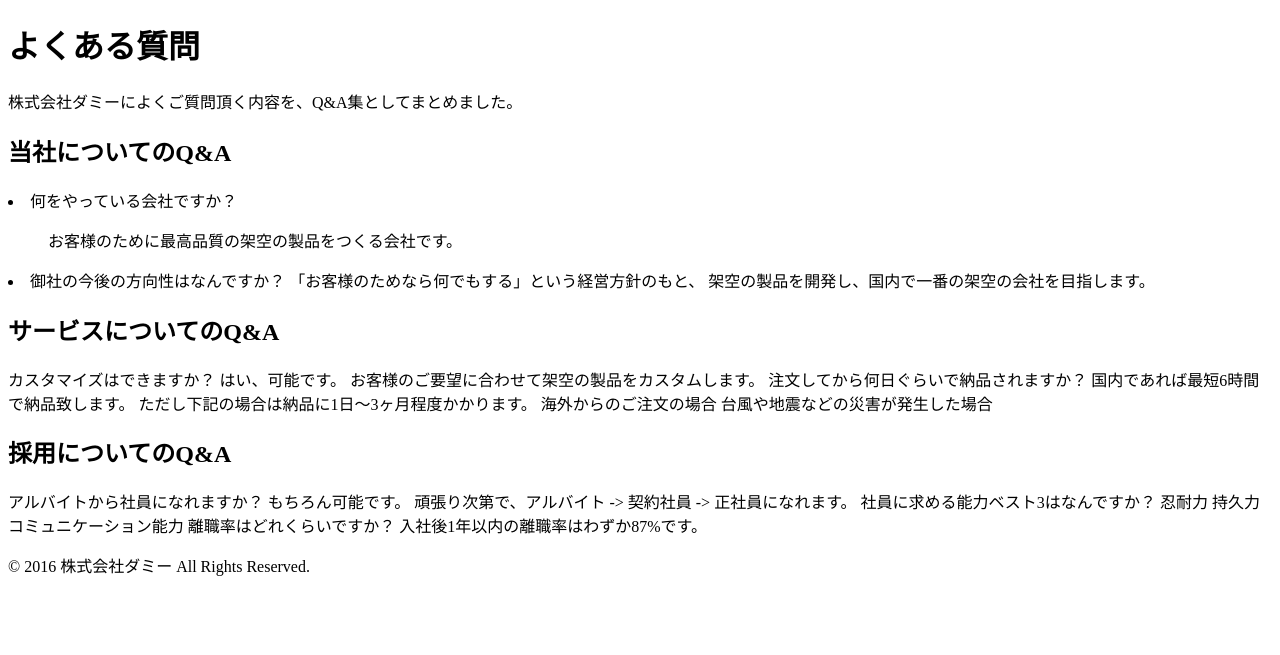
Repository: winc1980/practice-hp2022-wednesday
Page: ruka/practice1.html
The author's editor kept a copy of each file at every save. The page is drawn from the files as they stood at one save, then again after a run of saves.
The browser window is 1280 px wide. The pictures show the whole page.

Above is the page before, as saved 2022-05-25 23:59:04.

### ruka/practice1.html
<!DOCTYPE html>
<html lang="ja">
<head>
    <meta charset="UTF-8">
    <meta http-equiv="X-UA-Compatible" content="IE=edge">
    <meta name="viewport" content="width=device-width, initial-scale=1.0">
    <title>よくある質問 | 架空の株式会社ダミー</title>
</head>
<body>
    <h1>よくある質問</h1>

<p>
株式会社ダミーによくご質問頂く内容を、Q&A集としてまとめました。
</p>

<h2>当社についてのQ&A</h2>

<li>
何をやっている会社ですか？
<ul>
お客様のために最高品質の架空の製品をつくる会社です。
</ul>
</li>
<li>
御社の今後の方向性はなんですか？
「お客様のためなら何でもする」という経営方針のもと、
架空の製品を開発し、国内で一番の架空の会社を目指します。
</li>

<h2>
サービスについてのQ&A
</h2>
カスタマイズはできますか？
はい、可能です。
お客様のご要望に合わせて架空の製品をカスタムします。
注文してから何日ぐらいで納品されますか？
国内であれば最短6時間で納品致します。
ただし下記の場合は納品に1日〜3ヶ月程度かかります。
海外からのご注文の場合
台風や地震などの災害が発生した場合
<h2>
採用についてのQ&A
</h2>
アルバイトから社員になれますか？
もちろん可能です。
頑張り次第で、アルバイト -> 契約社員 -> 正社員になれます。
社員に求める能力ベスト3はなんですか？
忍耐力
持久力
コミュニケーション能力

離職率はどれくらいですか？
入社後1年以内の離職率はわずか87%です。
<p>
© 2016 株式会社ダミー All Rights Reserved.
</p>
</body>
</html>

After the next 5 saves:
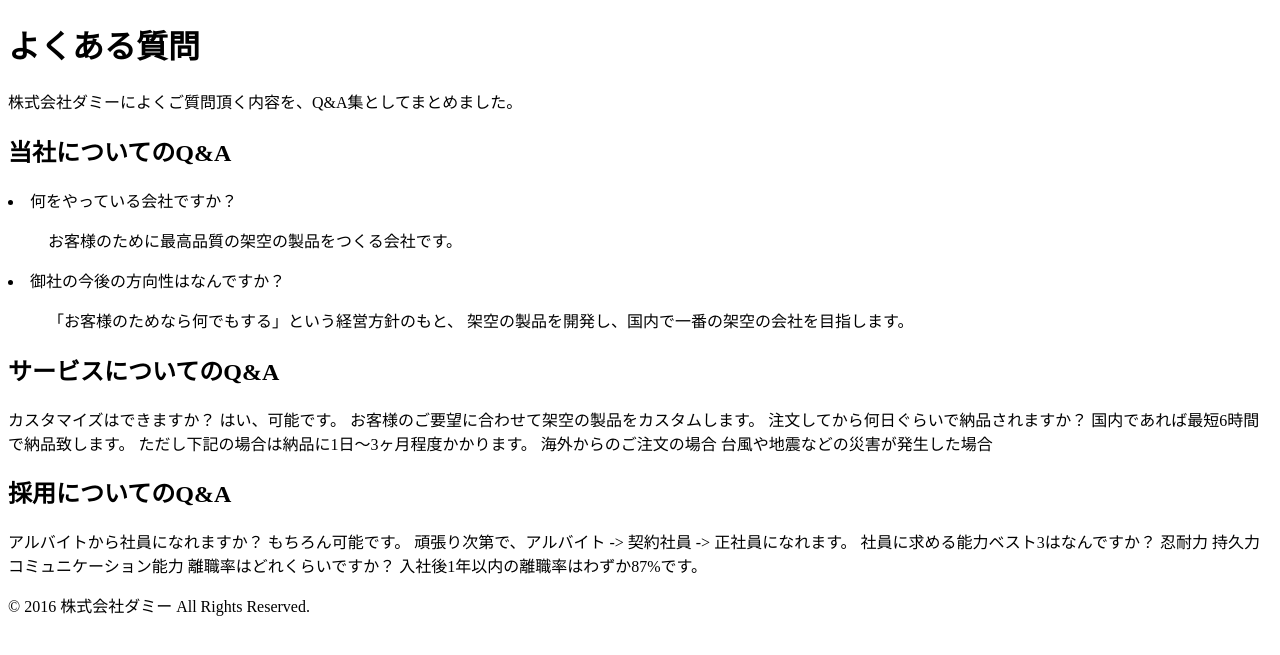
The 5 saves are shown as one change because they came seconds apart.
The last was saved 16 s later.
--- a/ruka/practice1.html
+++ b/ruka/practice1.html
@@ -23,8 +23,10 @@
 </li>
 <li>
 御社の今後の方向性はなんですか？
+<ul>
 「お客様のためなら何でもする」という経営方針のもと、
 架空の製品を開発し、国内で一番の架空の会社を目指します。
+</ul>
 </li>
 
 <h2>
